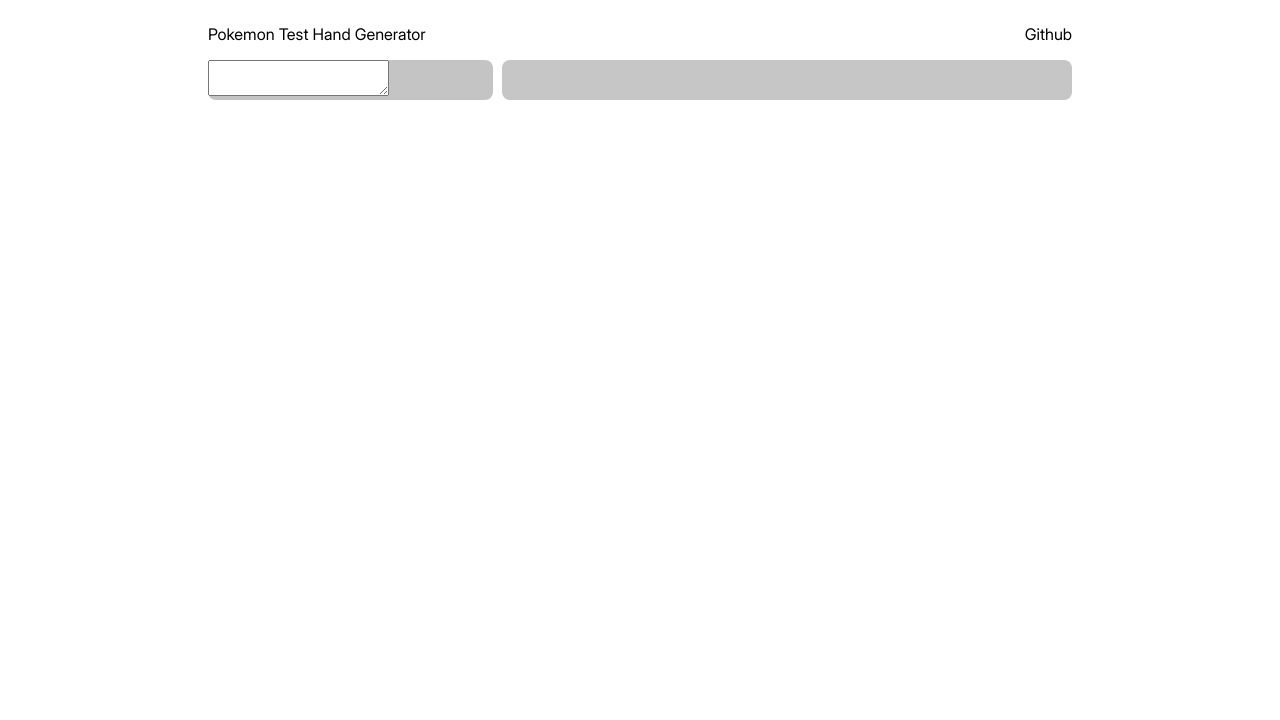
Repository: danielj1415/test-hand-simulator
Page: /
The author's editor kept a copy of each file at every save. The page is drawn from the files as they stood at one save, then again after the next save.
The browser window is 1280 px wide. The pictures show the whole page.
The project was rebuilt for these pictures with package versions that can differ from the ones it lists, and the page was loaded fresh each time. Also part of the build but not shown: vite.config.ts, src/index.css.

Above is the page before, as saved 2024-10-30 17:51:05.

### src/App.tsx
import { useState } from 'react'
import './App.css'
import { Outlet, Link } from "react-router-dom";

function App() {

  const [deckList, setDeckList] = useState({
    deck: ''
  })

  // Handle input changes
  const handleChange = (e: { target: { name: any; value: any; }; }) => {
    const { name, value } = e.target;
    setDeckList((prevData) => ({
      ...prevData,
      [name]: value
    }));
  };

  // Handle form submission
  const handleSubmit = (e: { preventDefault: () => void; }) => {
    e.preventDefault(); // Prevents the default form submission behavior
    // Process the form data here (e.g., send to an API)
  };

  return (
    <div>
      <div className = "mainContainer">
        <div className = "navigationBar">
          <p>Pokemon Test Hand Generator</p>
          <p>Github</p>
        </div>
        <div className = "mainBody">
          <div className = "inputDeck">
            <form onSubmit = {handleSubmit}>
              <div>
                <label htmlFor="deck"></label>
                <textarea className = "deckInputDiv" id="deck" name="deck" value={deckList.deck} onChange={handleChange}/>
              </div>
            </form>
          </div>
          <div className = "testHands"></div>
        </div>
      </div>
    </div>
  )
}

export default App

### src/App.css

@import "./fonts.css";

.mainContainer{
  margin-left: 200px;
  margin-right: 200px;
}

.navigationBar{
  display: flex;
  align-items: center;
  justify-content: space-between;
  margin-top: 8px;
}

p{
  font-size: 16px;
  font-family: "Inter";
}

.mainBody{
  display: flex;
  justify-content: space-between;
}

.inputDeck{
  width: 33%;
  background-color: rgb(196, 196, 196);
  border-radius: 8px;
}

.testHands{
  width: 66%;
  background-color: rgb(198, 198, 198);
  border-radius: 8px;
}

input{
  width: 100%;
  height: 800px;
}

### src/fonts.css
@font-face {
    font-family: "Inter";
    src: url("/src/assets/fonts/Inter_28pt-Regular.ttf");
  }

Loaded but not shown: index.html (common file); src/main.tsx (common file)

After the next save:
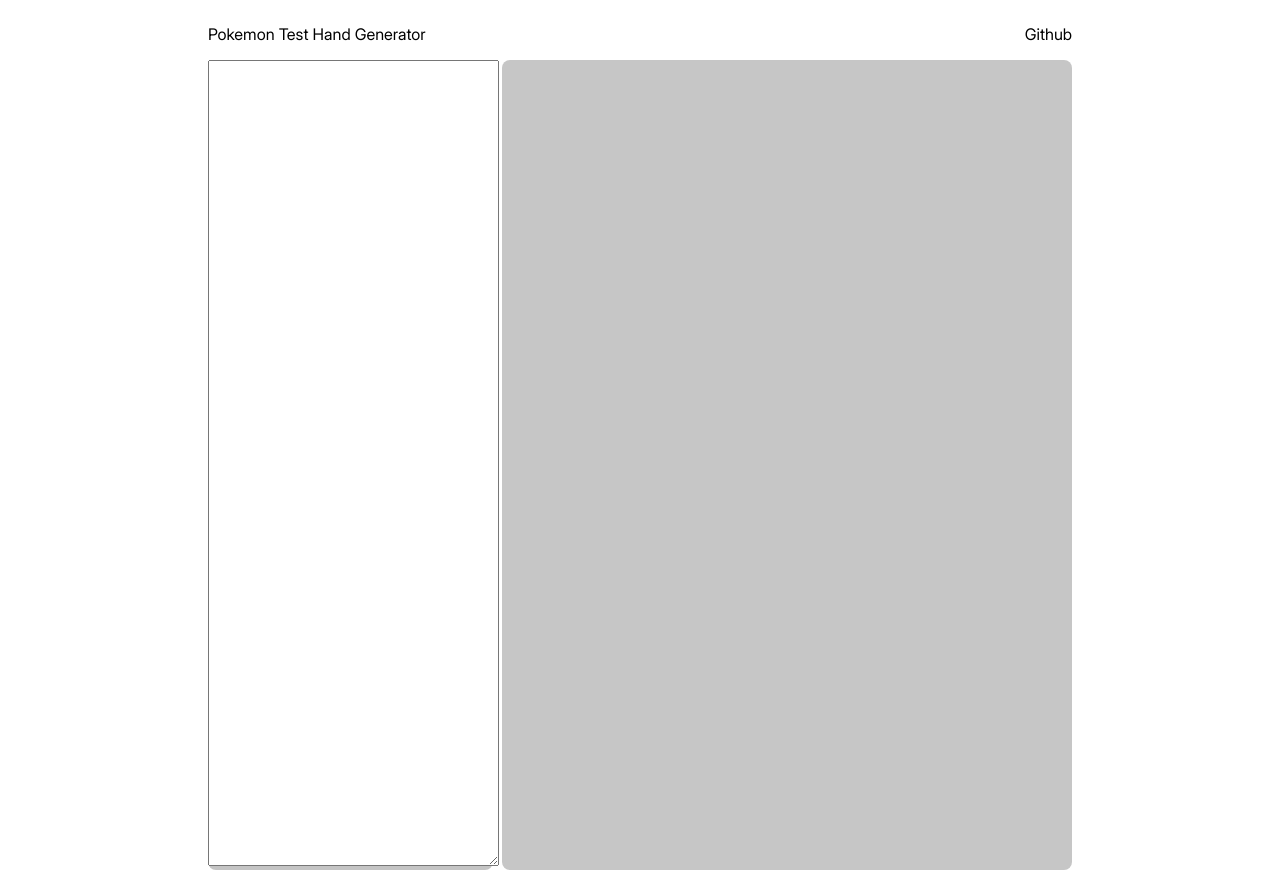
Saved 12 s later.
--- a/src/App.css
+++ b/src/App.css
@@ -39,3 +39,8 @@ input{
   width: 100%;
   height: 800px;
 }
+
+.deckInputDiv{
+  width: 100%;
+  height: 800px;
+}
